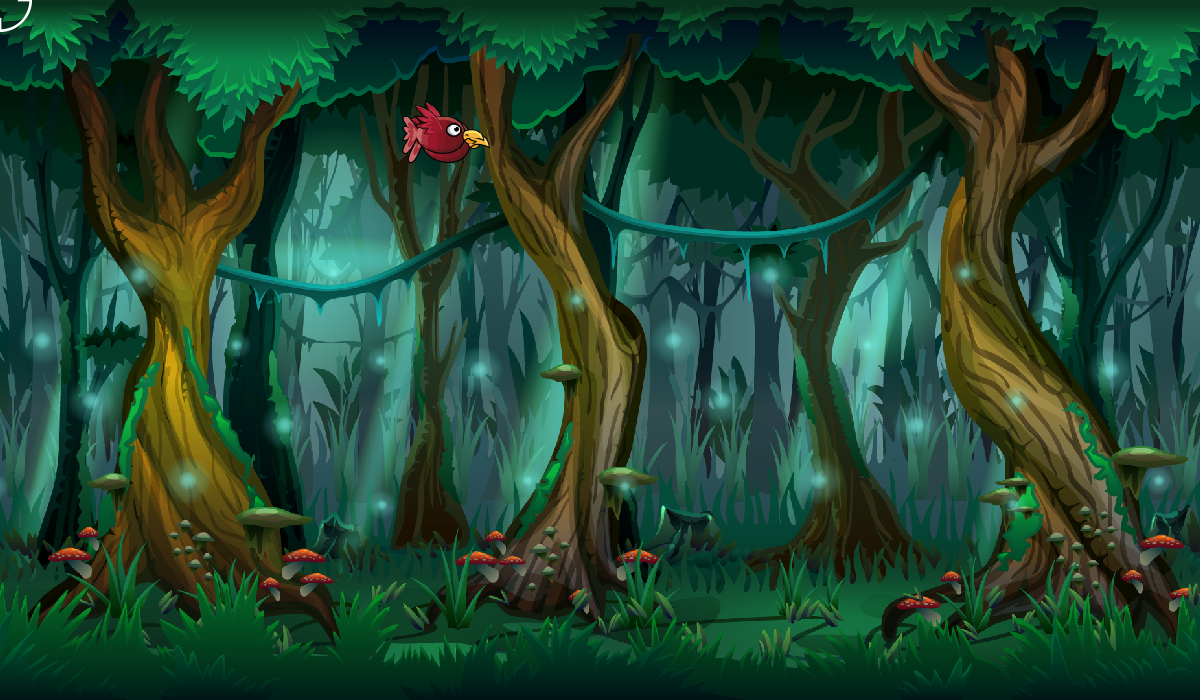
Repository: mys-pro/demo_shooting_bird_vision
Script's output: python main.py
The author's editor kept a copy of each file at every save. The script's output is drawn from the files as they stood at one save, then again after a run of saves.
The window is shown after at most 60 frames with no key pressed. Random numbers start from a fixed seed. It also reads assets/images/backgrounds/Cartoon_Forest_BG_01.png, assets/images/backgrounds/Cartoon_Forest_BG_02.png, assets/images/backgrounds/Cartoon_Forest_BG_03.png, assets/images/backgrounds/Cartoon_Forest_BG_04.png, assets/images/birds/bird1/b-1.png, assets/images/birds/bird1/b-2.png, assets/images/birds/bird1/b-3.png, assets/images/birds/bird1/b-4.png, assets/images/icon.png, assets/images/viewfinder.png.

Above is the script's output before, as saved 2024-06-16 18:03:23.

### main.py
import pygame
import os
import random
import sys

# Khởi tạo pygame
pygame.init()
pygame.display.set_caption("Shooting Bird")
icon = pygame.image.load('assets/images/icon.png')
pygame.display.set_icon(icon)

SCREEN_WIDTH, SCREEN_HEIGHT = 1200, 700
FPS = 60
SCREEN = pygame.display.set_mode((SCREEN_WIDTH, SCREEN_HEIGHT))

# Xử lý ống ngắm
class viewFinder:
    def __init__ (self):
        pygame.event.set_grab(True)
        pygame.mouse.set_visible(False)
        self.image = pygame.image.load('assets/images/viewfinder.png').convert_alpha()
        self.image_copy = self.image.copy()
        self.image_smaller = pygame.transform.scale(self.image_copy, (self.image_copy.get_width() // 2, self.image_copy.get_height() // 2))
        self.rect = self.image_smaller.get_rect()
        self.rect.center = (SCREEN_WIDTH // 2, SCREEN_HEIGHT // 2)

    def follow_mouse(self):
        self.rect.center = pygame.mouse.get_pos()

    def draw(self, screen):
        screen.blit(self.image, self.image.get_rect(center=self.rect.center).topleft)

# Khởi tạo con chim
class birds:
    def __init__(self, x, y, folder_name, speed, frame_rate):
        self.images = []
        folder_path = os.path.join('assets/images/birds', folder_name)
        for file_name in os.listdir(folder_path):
            full_path = os.path.join(folder_path, file_name)
            if os.path.isfile(full_path):
                self.images.append(pygame.image.load(full_path).convert_alpha())

        self.index = 0
        self.image = self.images[self.index]
        self.image_copy = self.image.copy()
        self.image_smaller = pygame.transform.scale(self.image_copy, (self.image_copy.get_width(), self.image_copy.get_height() - 10))
        self.rect = self.image_smaller.get_rect()
        self.rect.center = (SCREEN_WIDTH // 2, SCREEN_HEIGHT // 2)
        self.rect.x = x
        self.rect.y = y
        self.speed = speed
        self.frame_rate = frame_rate
        self.frame_rate_count = 0

    def update(self):
        self.frame_rate_count += 1

        if self.frame_rate_count >= self.frame_rate:
            self.index += 1
            self.frame_rate_count = 0

        if self.index >= len(self.images) - 1:
            self.index = 0
        self.image = self.images[self.index]

        self.rect.x += self.speed
        if self.rect.x >= SCREEN_WIDTH:
            self.rect.x = 0

    def draw(self, screen):
        screen.blit(self.image, self.rect)
        screen.blit(self.image_smaller, self.rect.topleft)
    def draw_rect(self, screen):
        pygame.draw.rect(screen, (255, 0, 0), self.rect, 0)  # Vẽ hình chữ nhật màu đỏ với độ dày 2 pixel

# Lấy background ngẫu nhiên
def get_background(folder_path, SCREEN_WIDTH, SCREEN_HEIGHT):
    backgrounds = []
    for file_name in os.listdir(folder_path):
        full_path = os.path.join(folder_path, file_name)
        if os.path.isfile(full_path):
             backgrounds.append(pygame.image.load(full_path).convert())

    bg = random.choice(backgrounds)
    bg_width, bg_height = bg.get_size()
    scale_factor = max(SCREEN_WIDTH / bg_width, SCREEN_HEIGHT / bg_height)

    new_width = int(bg_width * scale_factor)
    new_height = int(bg_height * scale_factor)
    bg = pygame.transform.scale(bg, (new_width, new_height))

    bg_x = (SCREEN_WIDTH - new_width) // 2
    bg_y = (SCREEN_HEIGHT - new_height) // 2
    return bg, bg_x, bg_y

explosion_group = pygame.sprite.Group()

# Vẽ hình ảnh
def draw(SCREEN, background, view_finder, bird):
    bg, bg_x, bg_y = background
    SCREEN.blit(bg, (bg_x, bg_y))

    bird.update()
    bird.draw(SCREEN)
    bird.draw

    view_finder.follow_mouse()
    view_finder.draw(SCREEN)
    pygame.display.update()

def main(SCREEN):
    background = get_background('assets/images/backgrounds/', SCREEN_WIDTH, SCREEN_HEIGHT) # Gọi hàm get_background
    view_finder = viewFinder()
    bird = birds(100, 100, 'bird1', 5, 8)
    running = True
    while running:
        for event in pygame.event.get():
            if event.type == pygame.QUIT or (event.type == pygame.KEYDOWN and event.key == pygame.K_ESCAPE):
                running = False

        draw(SCREEN, background, view_finder, bird)
        pygame.time.Clock().tick(FPS)
    pygame.quit()

if __name__ == "__main__":
    main(SCREEN)

After the next 2 saves:
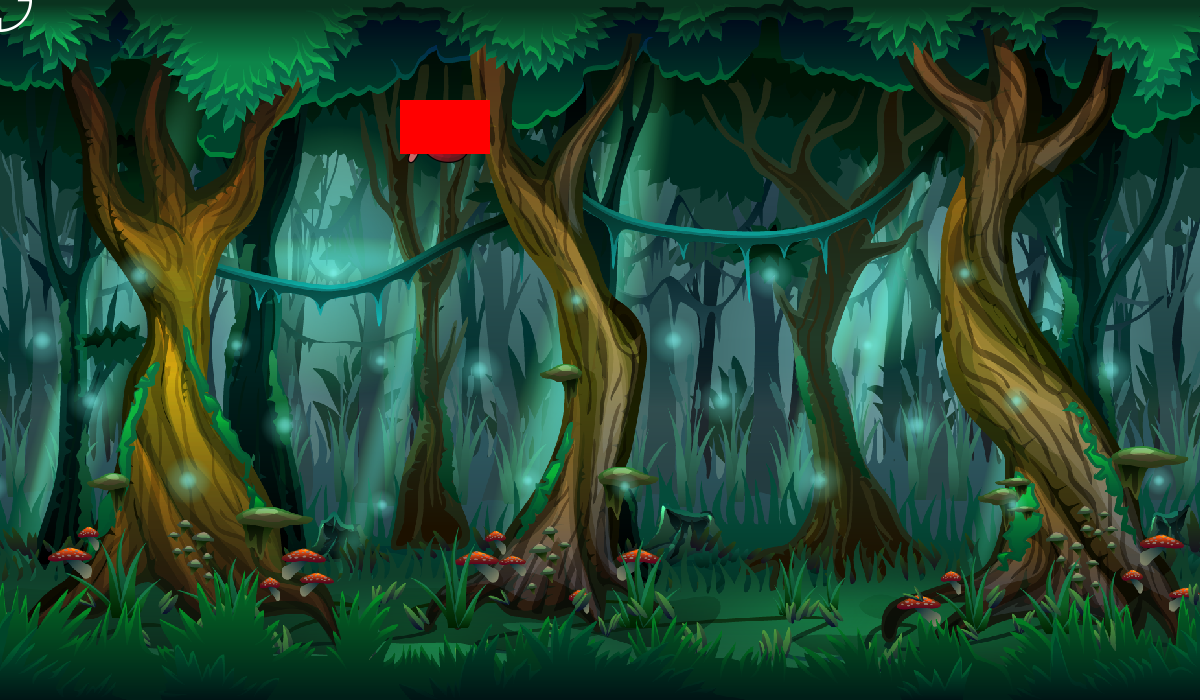
The 2 saves are shown as one change because they came seconds apart.
The last was saved 18 s later.
--- a/main.py
+++ b/main.py
@@ -102,7 +102,7 @@ def draw(SCREEN, background, view_finder, bird):
 
     bird.update()
     bird.draw(SCREEN)
-    bird.draw
+    bird.draw_rect(SCREEN)
 
     view_finder.follow_mouse()
     view_finder.draw(SCREEN)
